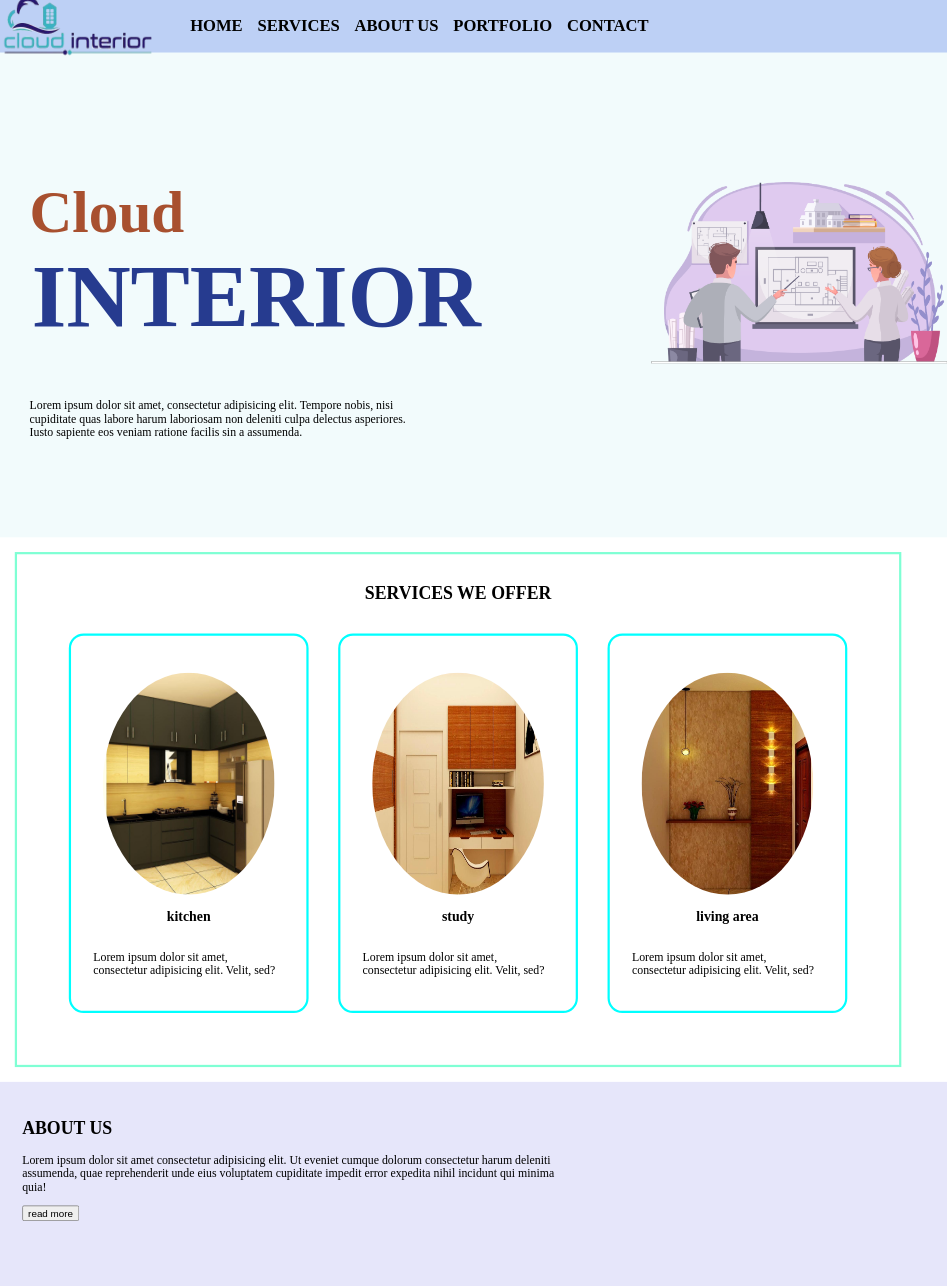
Repository: Ganavid/ganavidgowda.github.io
Page: cloud interior/‌index.html
The author's editor kept a copy of each file at every save. The page is drawn from the files as they stood at one save, then again after the next save.
The browser window is 1280 px wide. The pictures show the whole page, at 74% of full size.

Above is the page before, as saved 2023-03-04 01:09:42.

After the next save:
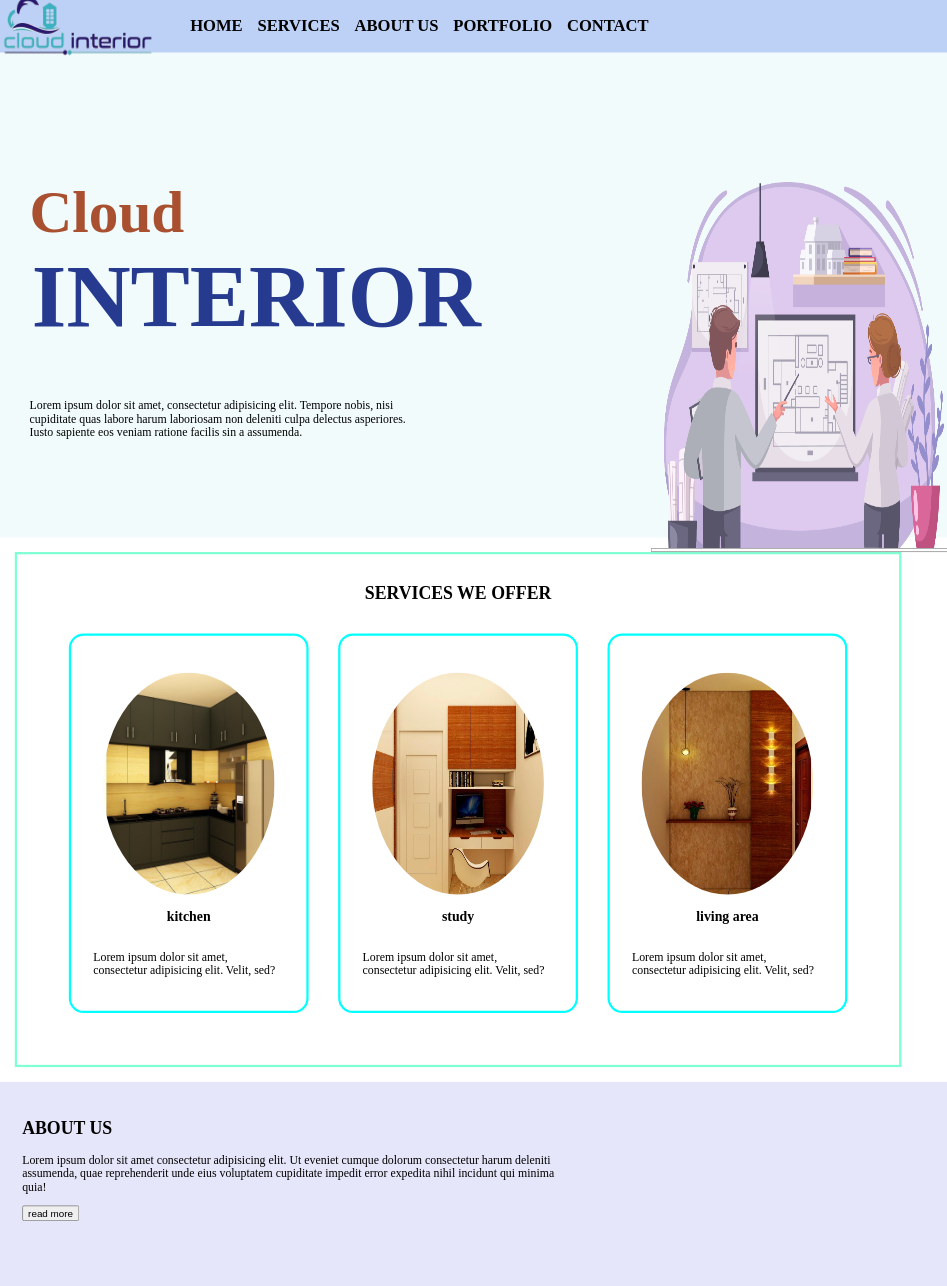
Saved 12 s later.
--- a/cloud interior/interial.css
+++ b/cloud interior/interial.css
@@ -91,7 +91,8 @@ nav{
 }
 
 #starter{
-
+    align-self: flex-end;
+    height: 500px;
 }
 
 img{
